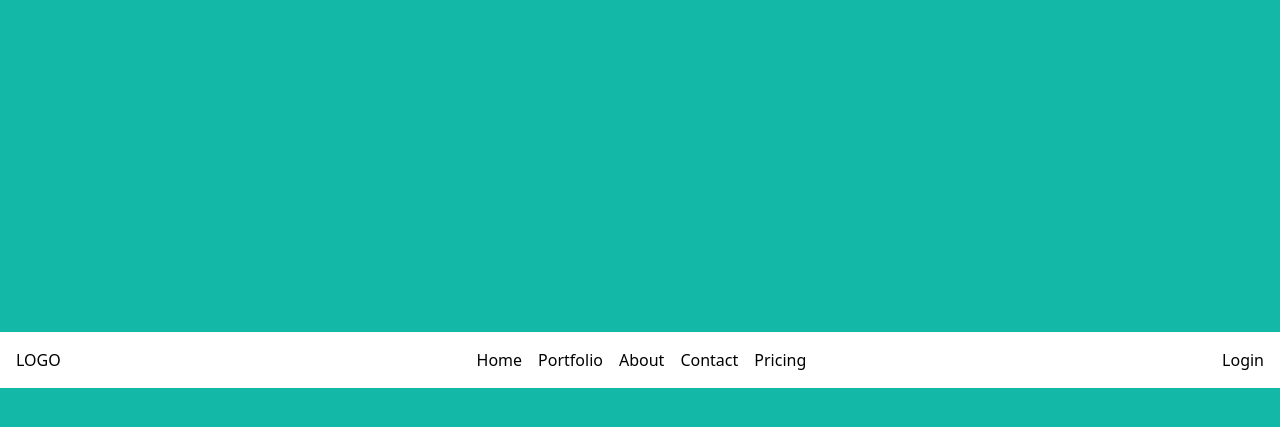
Repository: DevAntonioRogers/react-modal-with-dialog
Page: /
An editor plug-in stored every save of this project. The page is shown before and after the next save, followed by the edit.
The browser window is 1280 px wide. The pictures show the whole page.
The project was rebuilt for these pictures with package versions that can differ from the ones it lists, and the page was loaded fresh each time. Also part of the build but not shown: vite.config.ts.

Above is the page before, as saved 2023-05-10 08:45:15.

### src/App.tsx
function App() {
  return (
    <div className="flex items-center justify-center w-screen h-screen bg-teal-500">
      <nav className="flex justify-between items-center p-4 w-full bg-white">
        <div>
          <h1>LOGO</h1>
        </div>

        <ul className="flex items-center gap-4">
          <li>
            <a href="#">Home</a>
          </li>
          <li>
            <a href="#">Portfolio</a>
          </li>
          <li>
            <a href="#">About</a>
          </li>
          <li>
            <a href="#">Contact</a>
          </li>
          <li>
            <a href="#">Pricing</a>
          </li>
        </ul>

        <div>
          <button>Login</button>
        </div>
      </nav>
    </div>
  );
}

export default App;

Loaded but not shown: index.html (common file); src/main.tsx (common file); src/index.css (common file); tailwind.config.js (common file)

After the next save:
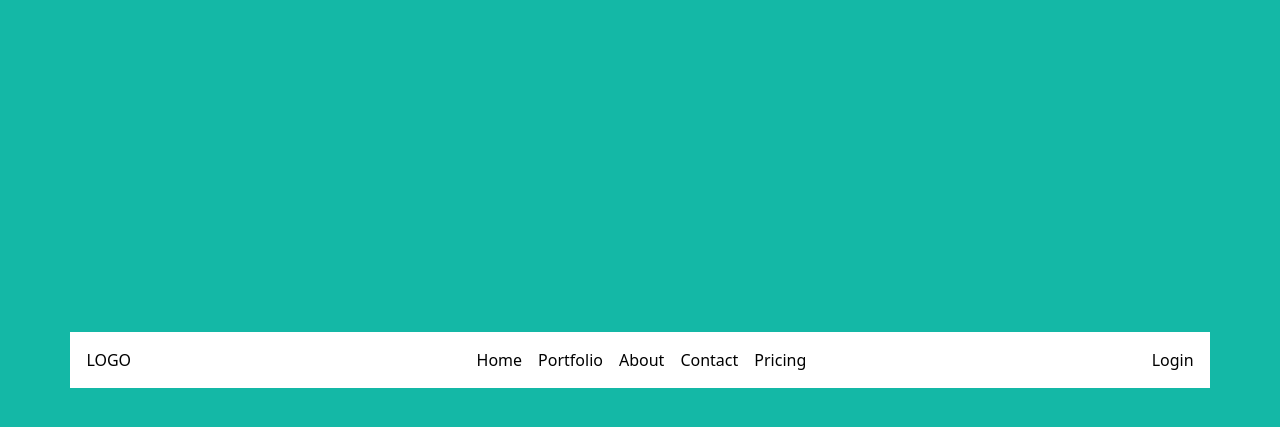
Saved 14 s later.
--- a/src/App.tsx
+++ b/src/App.tsx
@@ -1,7 +1,7 @@
 function App() {
   return (
     <div className="flex items-center justify-center w-screen h-screen bg-teal-500">
-      <nav className="flex justify-between items-center p-4 w-full bg-white">
+      <nav className="flex justify-between items-center p-4 w-[89%] bg-white">
         <div>
           <h1>LOGO</h1>
         </div>
